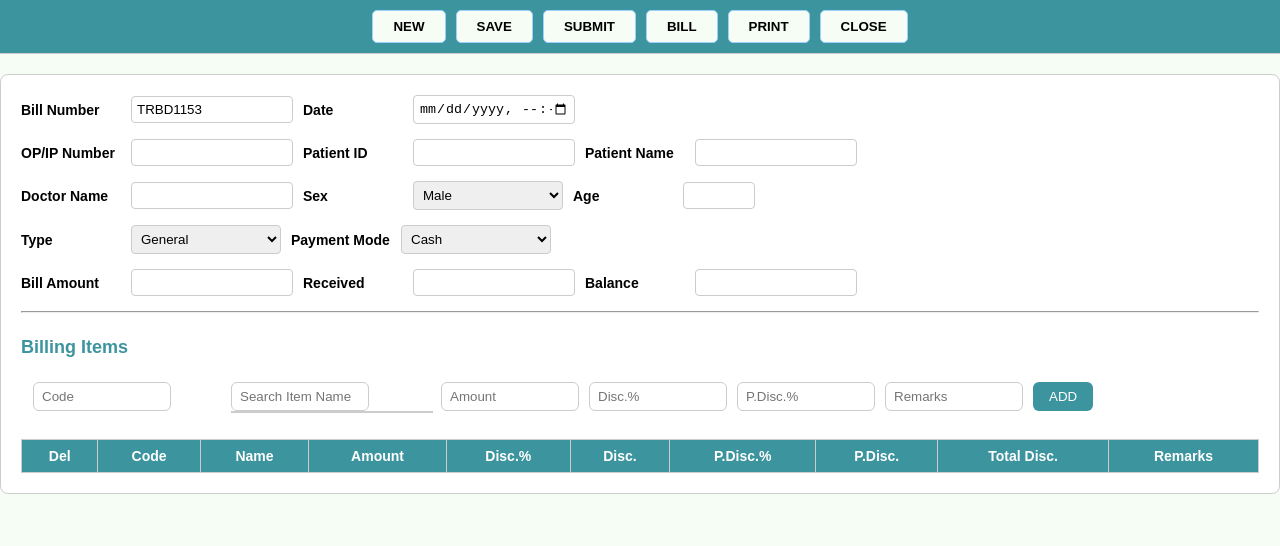
Repository: NAGENDRAN0/New
Page: http://localhost/billing
These files come from the project's save history. The page is drawn as it stood at one moment and after the next save; the edit follows.
The browser window is 1280 px wide. The pictures show the whole page.
The page is this project's Thymeleaf template; nobody is signed in. The template is opened directly, without the code that normally fills it, so the values that code supplies are empty.

Above is the page before, as saved 2025-05-15 10:16:05.

### Documents/workspace-spring-tool-suite-4-4.25.0.RELEASE/HMS/src/main/resources/templates/billing.html
<!DOCTYPE html>
<html lang="en">
  <head>
    <meta charset="UTF-8" />
    <title>Billing Page</title>
	<link rel="stylesheet" href="/css/Billing.css" />
	<style>
		.suggestion-list {
		  position: absolute;
		  background-color: #ffffff; /* Background */
		  border: 1px solid #ccc;
		  width: 200px;
		  max-height: 150px;
		  overflow-y: auto;
		  list-style-type: none;
		  padding: 0;
		  margin-top: 2px;
		  z-index: 1000;
		}

		.suggestion-list li {
		  padding: 8px;
		  cursor: pointer;
		  color: #333;
		}

		.suggestion-list li:hover {
		  background-color: #3C949E; /* Your primary color */
		  color: #fff;
		}
		.dropdown-container {
		  position: relative;
		  display: inline-block;
		  width: 200px;
		}

		.suggestion-list {
		  position: absolute;
		  top: 100%;
		  left: 0;
		  width: 100%;
		  background-color: #ffffff;
		  border: 1px solid #ccc;
		  max-height: 150px;
		  overflow-y: auto;
		  list-style-type: none;
		  padding: 0;
		  margin: 0;
		  z-index: 1000;
		}

	</style>

  </head>
  <body>
    <div class="toolbar">
      <button>NEW</button>
      <button>SAVE</button>
      <button>SUBMIT</button>
      <button>BILL</button>
      <button>PRINT</button>
	  <a href="/">
      <button>CLOSE</button></a>
    </div>

    <div class="billing-form">
      <!-- Patient and Bill Info -->
      <div class="form-row">
        <label>Bill Number</label
        ><input type="text" id="billNumber" value="TRBD1153" />
        <label>Date</label><input type="datetime-local" id="billDate" />
      </div>

      <div class="form-row">
		<label>OP/IP Number</label><input type="text" id="patientName" />
        <label>Patient ID</label><input type="text" id="patientId" />
        <label>Patient Name</label><input type="text" id="patientName" />
      </div>

      <div class="form-row">
        <label>Doctor Name</label><input type="text" id="doctorName" />
        <label>Sex</label>
        <select id="sex">
          <option>Male</option>
          <option>Female</option>
          <option>Other</option>
        </select>
        <label>Age</label><input type="number" id="age" style="width: 60px" />
      </div>

      <div class="form-row">
        <label>Type</label>
        <select id="type">
          <option>General</option>
          <option>Emergency</option>
        </select>
        <label>Payment Mode</label>
        <select id="paymentMode">
          <option>Cash</option>
          <option>Credit</option>
          <option>Card</option>
        </select>
      </div>

      <div class="form-row">
        <label>Bill Amount</label
        ><input type="number" id="billAmount" readonly /> <label>Received</label
        ><input type="number" id="receivedAmount" /> <label>Balance</label
        ><input type="number" id="balanceAmount" readonly />
      </div>

      <hr />


<h4 class="section-header">Billing Items</h4>
<div class="item-entry-horizontal">
  <input type="text" placeholder="Code" id="itemcode">
  <ul id="suggestionListss" class="suggestion-listss"></ul>
  <div class="dropdown-container">
    <input type="text" id="itemname" placeholder="Search Item Name" autocomplete="off" />
    <ul id="suggestionList" class="suggestion-list"></ul>
  </div>
<input type="number" placeholder="Amount" id="fee">
  <input type="number" placeholder="Disc.%" id="itemDisc">
  <input type="number" placeholder="P.Disc.%" id="itemPDisc">
  <input type="text" placeholder="Remarks" id="remarks">
  <button onclick="addItem()">ADD</button>
</div>

<!-- Billing Items Table -->
<table class="item-table modern">
  <thead>
    <tr>
      <th>Del</th>
      <th>Code</th>
      <th>Name</th>
      <th>Amount</th>
      <th>Disc.%</th>
      <th>Disc.</th>
      <th>P.Disc.%</th>
      <th>P.Disc.</th>
      <th>Total Disc.</th>
      <th>Remarks</th>
    </tr>
  </thead>
  <tbody></tbody>
</table>



<!--    <script>
      function addItem() {
        const code = document.getElementById("itemCode").value;
        const name = document.getElementById("itemName").value;
        const amount =
          parseFloat(document.getElementById("itemAmount").value) || 0;
        const disc = parseFloat(document.getElementById("itemDisc").value) || 0;
        const pdisc =
          parseFloat(document.getElementById("itemPDisc").value) || 0;
        const remarks = document.getElementById("itemRemarks").value;

        const discAmt = (amount * disc) / 100;
        const pdiscAmt = (amount * pdisc) / 100;
        const totalDisc = discAmt + pdiscAmt;

        const table = document.querySelector(".item-table tbody");
        const row = table.insertRow();
        row.innerHTML = `
      <td><button onclick="removeRow(this)">Del</button></td>
      <td>${code}</td>
      <td>${name}</td>
      <td>${amount.toFixed(2)}</td>
      <td>${disc}</td>
      <td>${discAmt.toFixed(2)}</td>
      <td>${pdisc}</td>
      <td>${pdiscAmt.toFixed(2)}</td>
      <td>${totalDisc.toFixed(2)}</td>
      <td></td>
      <td></td>
      <td>${remarks}</td>
    `;

        updateBillAmount();
        clearItemFields();
      }

      function removeRow(btn) {
        btn.closest("tr").remove();
        updateBillAmount();
      }

      function updateBillAmount() {
        const rows = document.querySelectorAll(".item-table tbody tr");
        let total = 0;
        rows.forEach((row) => {
          const amount = parseFloat(row.cells[3].innerText) || 0;
          total += amount;
        });
        document.getElementById("billAmount").value = total.toFixed(2);

        const received =
          parseFloat(document.getElementById("receivedAmount").value) || 0;
        document.getElementById("balanceAmount").value = (
          total - received
        ).toFixed(2);
      }

      document
        .getElementById("receivedAmount")
        .addEventListener("input", updateBillAmount);

      function clearItemFields() {
        [
          "itemCode",
          "itemName",
          "itemAmount",
          "itemDisc",
          "itemPDisc",
          "itemRemarks",
        ].forEach((id) => {
          document.getElementById(id).value = "";
        });
      }

      // Set default date
      document.getElementById("billDate").value = new Date()
        .toISOString()
        .slice(0, 16);
    </script> -->
	<script src="https://code.jquery.com/jquery-3.6.0.min.js"></script>

	<script>
		$(document).ready(function () {
		  $("#itemname").on("input", function () {
		    let query = $(this).val().trim();

		    if (query.length >= 1) {
		      $.ajax({
		        url: "/master/search",
		        data: { query: query },
		        success: function (items) {
		          let list = $("#suggestionList");
		          list.empty();
		          if (items.length === 0) {
		            list.hide();
		            return;
		          }
		          items.forEach(item => {
		            list.append(`<li data-code="${item.itemcode}" data-fee="${item.fee}" data-remarks="${item.remarks}">
		              ${item.itemname}
		            </li>`);
		          });
		          list.show();
		        },
		        error: function() {
		          $("#suggestionList").hide();
		        }
		      });
		    } else {
		      $("#suggestionList").hide();
		    }
		  });

		  // When a suggestion is clicked, autofill the item details
		  $(document).on("click", "#suggestionList li", function () {
		    let name = $(this).text().trim();
		    let code = $(this).data("code");
		    let fee = $(this).data("fee");
		    let remarks = $(this).data("remarks");

		    $("#itemname").val(name);
		    $("#itemcode").val(code);
		    $("#fee").val(fee);
		    $("#remarks").val(remarks);
		    $("#suggestionList").hide();
		  });

		  // Hide suggestions when clicking outside
		  $(document).on("click", function (e) {
		    if (!$(e.target).closest("#itemname, #suggestionList").length) {
		      $("#suggestionList").hide();
		    }
		  });
		});
//---------------------


$(document).ready(function () {
		  $("#itemcode").on("input", function () {
		    let query = $(this).val().trim();

		    if (query.length >= 1) {
		      $.ajax({
		        url: "/master/search",
		        data: { query: query },
		        success: function (items) {
		          let list = $("#suggestionListss");
		          list.empty();
		          if (items.length === 0) {
		            list.hide();
		            return;
		          }
		          items.forEach(item => {
		            list.append(`<li data-code="${item.itemcode}" data-fee="${item.fee}" data-remarks="${item.remarks}">
		              ${item.itemname}
		            </li>`);
		          });
		          list.show();
		        },
		        error: function() {
		          $("#suggestionListss").hide();
		        }
		      });
		    } else {
		      $("#suggestionListss").hide();
		    }
		  });

		  // When a suggestion is clicked, autofill the item details
		  $(document).on("click", "#suggestionListss li", function () {
		    let name = $(this).text().trim();
		    let code = $(this).data("code");
		    let fee = $(this).data("fee");
		    let remarks = $(this).data("remarks");

		    $("#itemname").val(name);
		    $("#itemcode").val(code);
		    $("#fee").val(fee);
		    $("#remarks").val(remarks);
		    $("#suggestionList").hide();
		  });

		  // Hide suggestions when clicking outside
		  $(document).on("click", function (e) {
		    if (!$(e.target).closest("#itemcode, #suggestionListss").length) {
		      $("#suggestionListss").hide();
		    }
		  });
		});
	</script>

  </body>
</html>

### Documents/workspace-spring-tool-suite-4-4.25.0.RELEASE/HMS/src/main/resources/static/css/Billing.css
body {
  font-family: Arial, sans-serif;
  margin: 0;
  padding: 0;
  background-color: #f5fdf4;
}

.toolbar {
  display: flex;
  justify-content: center;
  gap: 10px;
  background-color: #3c949e;
  padding: 10px;
  border-bottom: 1px solid #ccc;
}

.toolbar button {
  padding: 8px 20px;
  background-color: #f5fdf4;
  border: 1px solid #a1cfff;
  border-radius: 5px;
  cursor: pointer;
  font-weight: 600;
}

.billing-form {
  max-width: 1400px;
  margin: 20px auto;
  padding: 20px;
  background-color: #fff;
  border: 1px solid #ccc;
  border-radius: 8px;
}

.form-row {
  display: flex;
  flex-wrap: wrap;
  gap: 10px;
  margin-bottom: 15px;
  align-items: center;
}

.form-row label {
  min-width: 100px;
  font-size: 14px;
  font-weight: bold;
}

.form-row input[type="text"],
.form-row input[type="number"],
.form-row input[type="datetime-local"],
.form-row select {
  padding: 5px;
  width: 150px;
  border: 1px solid #ccc;
  border-radius: 4px;
}

.form-row button {
  background-color: #00bfff;
  color: white;
  padding: 6px 15px;
  border: none;
  border-radius: 4px;
  cursor: pointer;
}

.side-options {
  float: right;
  width: 300px;
  padding: 20px;
  border-left: 1px solid #ccc;
}

.side-options fieldset {
  margin-bottom: 15px;
  padding: 10px;
  border: 1px solid #ccc;
}

.side-options label {
  display: block;
  margin-bottom: 5px;
}

.side-options input[type="text"] {
  width: 100%;
  padding: 5px;
  margin-top: 5px;
  border: 1px solid #ccc;
  border-radius: 4px;
}

.side-options table {
  width: 100%;
  border-collapse: collapse;
  margin-top: 10px;
}

.side-options table th,
.side-options table td {
  border: 1px solid #ccc;
  padding: 8px;
  text-align: left;
}

.item-table {
  width: 100%;
  border-collapse: collapse;
  margin-top: 20px;
}

.item-table th,
.item-table td {
  border: 1px solid #ccc;
  padding: 8px;
  font-size: 14px;
  text-align: center;
}

.billing-items {
  margin-top: 30px;
  padding: 20px;
  border: 1px solid #ddd;
  border-radius: 12px;
  background-color: #fafafa;
}

.item-entry {
  display: flex;
  flex-wrap: wrap;
  gap: 16px;
  margin-bottom: 20px;
}

.item-field {
  display: flex;
  flex-direction: column;
  width: calc(33% - 16px);
}

.item-field.full-width {
  width: 100%;
  margin-top: 10px;
}

.item-field label {
  font-weight: 600;
  margin-bottom: 5px;
}

.add-button {
  padding: 8px 16px;
  background-color: #0078d4;
  color: #fff;
  border: none;
  border-radius: 6px;
  cursor: pointer;
}

.add-button:hover {
  background-color: #005fa3;
}

.item-table.modern {
  width: 100%;
  border-collapse: collapse;
  margin-top: 10px;
}

.item-table.modern th,
.item-table.modern td {
  border: 1px solid #ccc;
  padding: 8px 10px;
  text-align: center;
}

.item-table.modern th {
  background-color: #f3f3f3;
}

.item-entry-horizontal {
  display: flex;
  gap: 10px;
  align-items: center;
  margin-bottom: 10px;
  flex-wrap: wrap;
}

.item-entry-horizontal input {
  padding: 6px;
  border: 1px solid #ccc;
  border-radius: 6px;
  width: 130px;
}

.item-entry-horizontal button {
  padding: 7px 16px;
  background-color: #0078d4;
  color: white;
  border: none;
  border-radius: 6px;
  cursor: pointer;
}

.item-entry-horizontal button:hover {
  background-color: #005fa3;
}
.section-header {
  color: #3c949e;
  font-size: 18px;
  margin-bottom: 10px;
}

.item-entry-horizontal {
  display: flex;
  gap: 10px;
  align-items: center;
  margin-bottom: 15px;
  flex-wrap: wrap;

  padding: 12px;
  border-radius: 8px;
}

.item-entry-horizontal input {
  padding: 6px 8px;
  border: 1px solid #ccc;
  border-radius: 6px;
  width: 120px;
  background-color: white;
}

.item-entry-horizontal button {
  padding: 7px 16px;
  background-color: #3c949e;
  color: white;
  border: none;
  border-radius: 6px;
  cursor: pointer;
}

.item-entry-horizontal button:hover {
  background-color: #327f89;
}

.item-table.modern {
  width: 100%;
  border-collapse: collapse;
  margin-top: 10px;
}

.item-table.modern th {
  background-color: #3c949e;
  color: white;
  padding: 8px;
  border: 1px solid #ccc;
}

.item-table.modern td {
  padding: 8px;
  text-align: center;
  border: 1px solid #ccc;
  background-color: #f5fdf4;
}

After the next save:
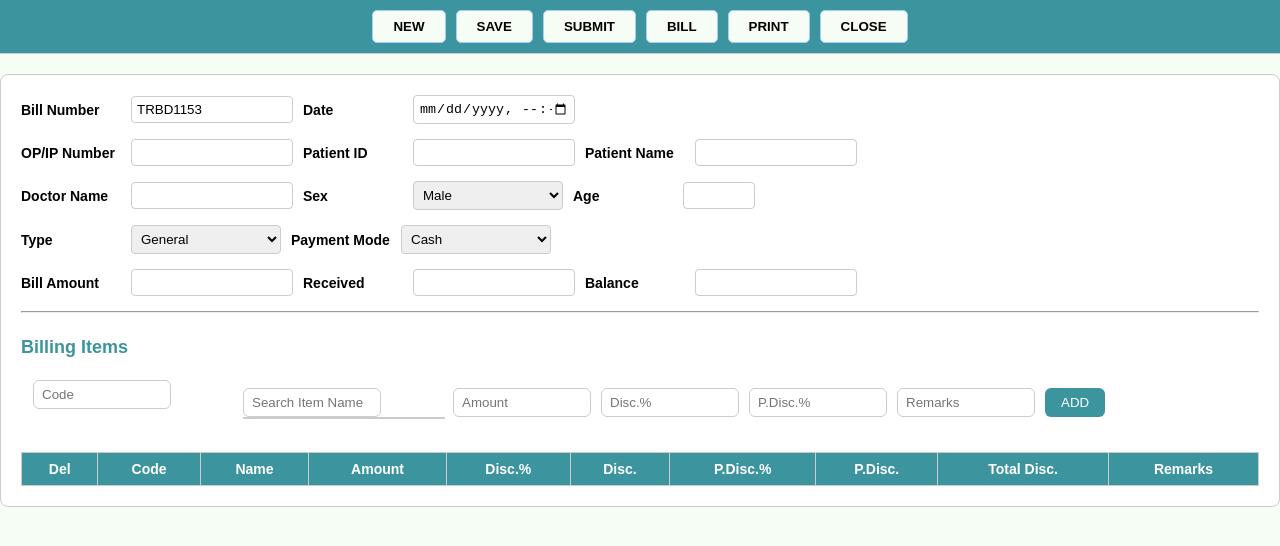
Saved 64 s later.
--- a/Documents/workspace-spring-tool-suite-4-4.25.0.RELEASE/HMS/src/main/resources/templates/billing.html
+++ b/Documents/workspace-spring-tool-suite-4-4.25.0.RELEASE/HMS/src/main/resources/templates/billing.html
@@ -114,8 +114,10 @@
 
 <h4 class="section-header">Billing Items</h4>
 <div class="item-entry-horizontal">
+	<div class="dropdown-container">
   <input type="text" placeholder="Code" id="itemcode">
   <ul id="suggestionListss" class="suggestion-listss"></ul>
+	</div>
   <div class="dropdown-container">
     <input type="text" id="itemname" placeholder="Search Item Name" autocomplete="off" />
     <ul id="suggestionList" class="suggestion-list"></ul>
